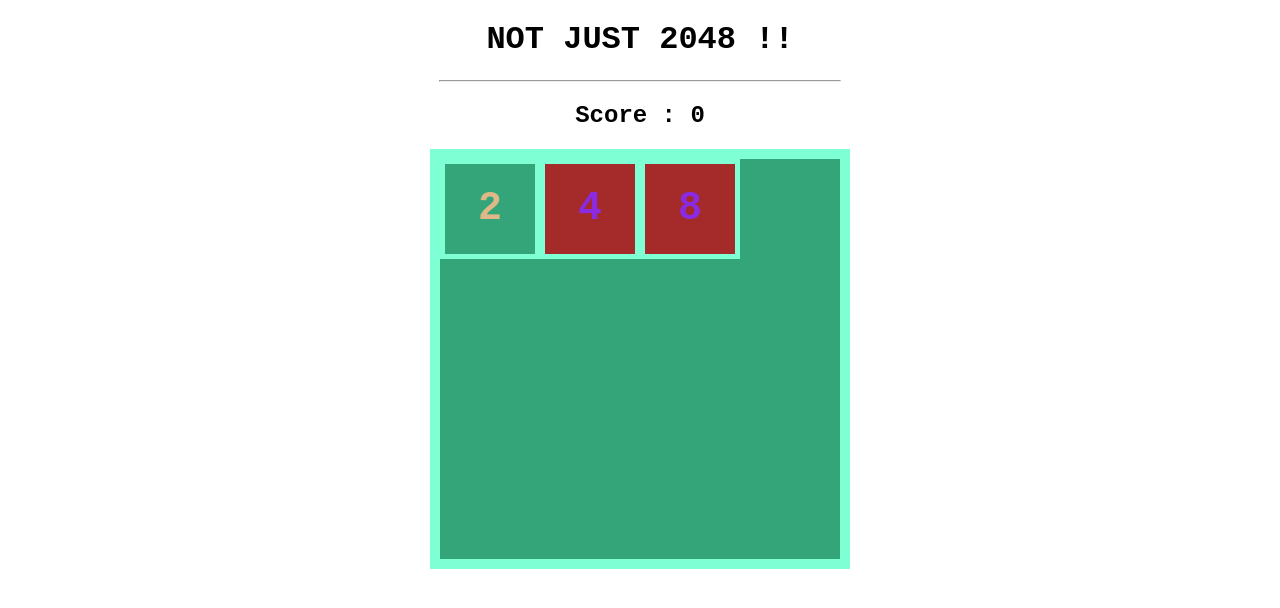
Repository: Prathamyadav1123/2048Game
Page: NotJust2048-main/2048.html
These files come from the project's save history. The page is drawn as it stood at one moment and after a run of saves; the edit follows.
The browser window is 1280 px wide. The pictures show the whole page.

Above is the page before, as saved 2023-05-31 19:54:38.

After the next 2 saves:
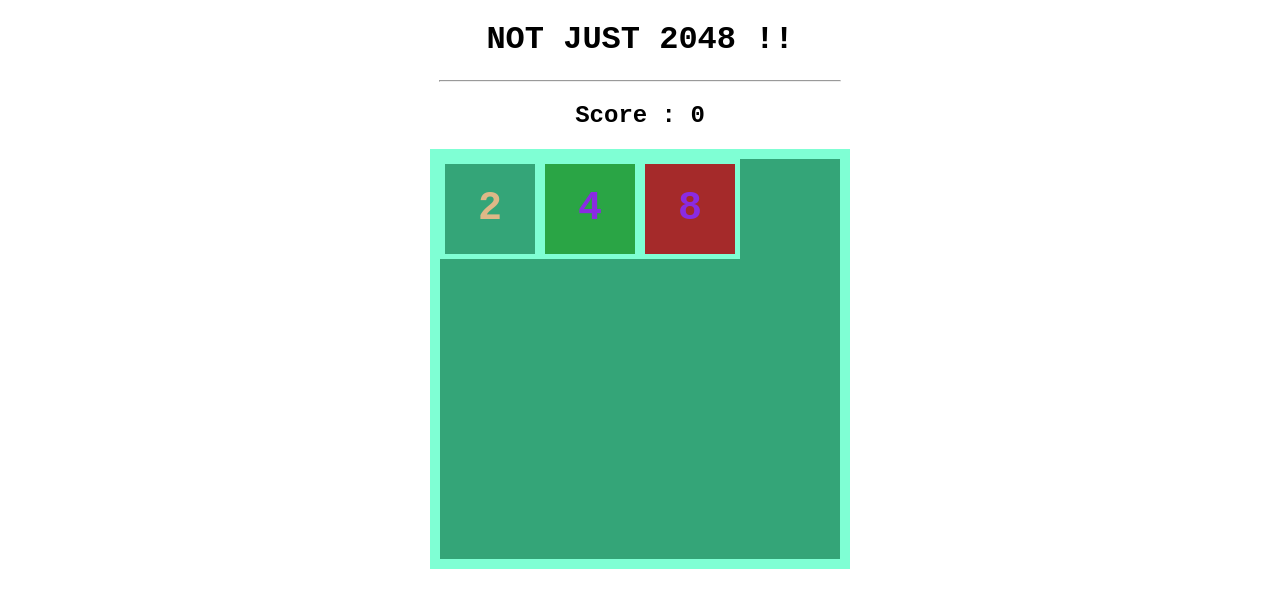
The 2 saves are shown as one change because they came seconds apart.
The last was saved 40 s later.
--- a/NotJust2048-main/2048.css
+++ b/NotJust2048-main/2048.css
@@ -26,7 +26,7 @@ hr{
     align-items: center;
 }
 .x2{
-    background-color: brown;
+    background-color: rgb(42, 165, 69);
     color:blueviolet;
 }
 .x4{
